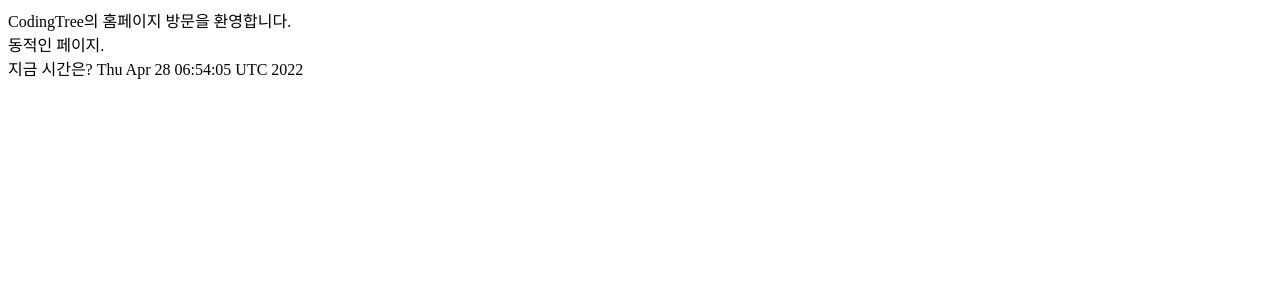
Repository: pol963/Jsp
Page: http://localhost/WEB/time.jsp
The author's editor kept a copy of each file at every save. The page is drawn from the files as they stood at one save, then again after the next save.
The browser window is 1280 px wide. The pictures show the whole page.
The page is served by Tomcat 9. Other server files are loaded and not shown.

Above is the page before, as saved 2022-04-28 21:29:05.

### WEB/webapp/time.jsp
<%@page import="java.util.Date"%>
<%@ page language="java"
	contentType="text/html; charset=UTF-8"
    pageEncoding="UTF-8"%>

  <%
  	Date d = new Date();
  %>

<!DOCTYPE html>
<html>
<head>
<meta charset="UTF-8">
<title>Insert title here</title>
</head>
<body>

	CodingTree의 홈페이지 방문을 환영합니다.<br>
	동적인 페이지.<br>
	지금 시간은? <%= d.toString() %>


</body>
</html>

After the next save:
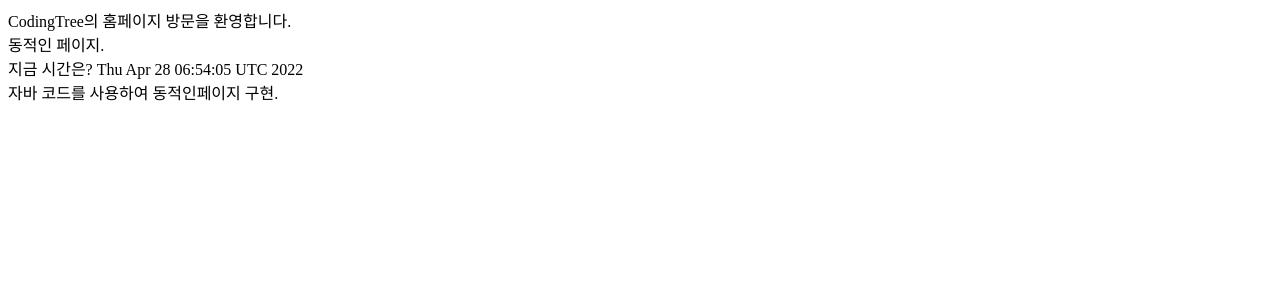
Saved 94 s later.
--- a/WEB/webapp/time.jsp
+++ b/WEB/webapp/time.jsp
@@ -17,7 +17,9 @@
 
 	CodingTree의 홈페이지 방문을 환영합니다.<br>
 	동적인 페이지.<br>
-	지금 시간은? <%= d.toString() %>
+	지금 시간은? <%= d.toString() %> <br>
+	자바 코드를 사용하여 동적인페이지 구현.
+
 
 
 </body>
